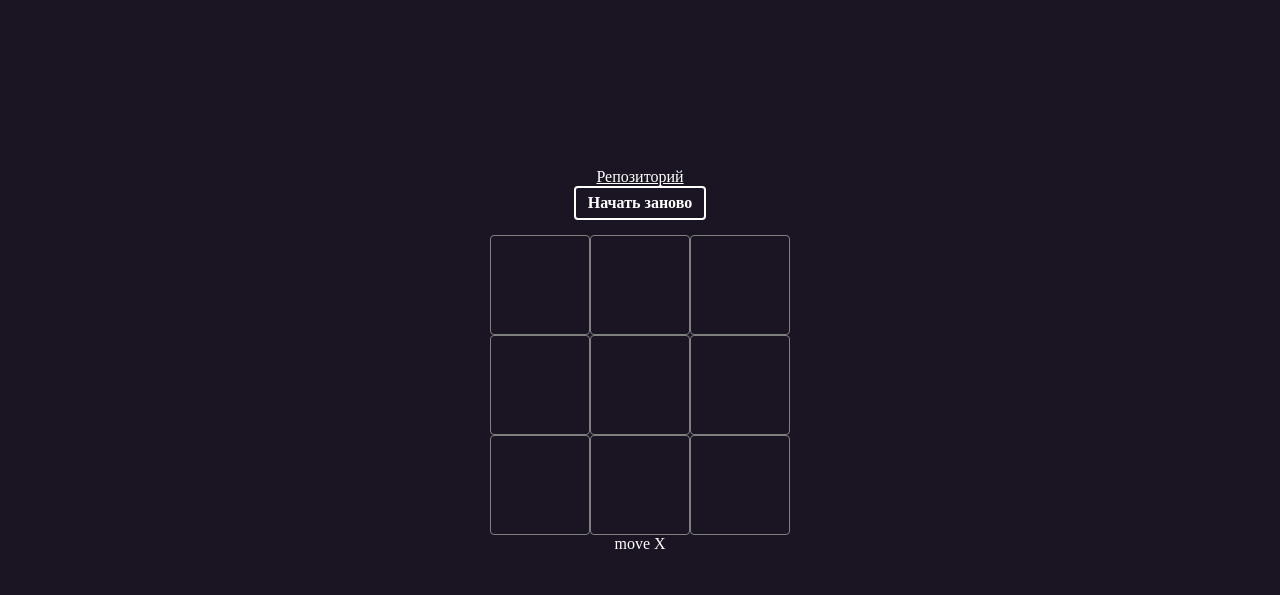
Repository: Minkeani/TIC-TAC_TOE
Page: /
These files come from the project's save history. The page is drawn as it stood at one moment and after the next save; the edit follows.
The browser window is 1280 px wide. The pictures show the whole page.
Some web fonts or font styles are not loaded; a fallback is used. The project was rebuilt for these pictures with package versions that can differ from the ones it lists, and the page was loaded fresh each time.

Above is the page before, as saved 2022-05-22 17:51:44.

After the next save:
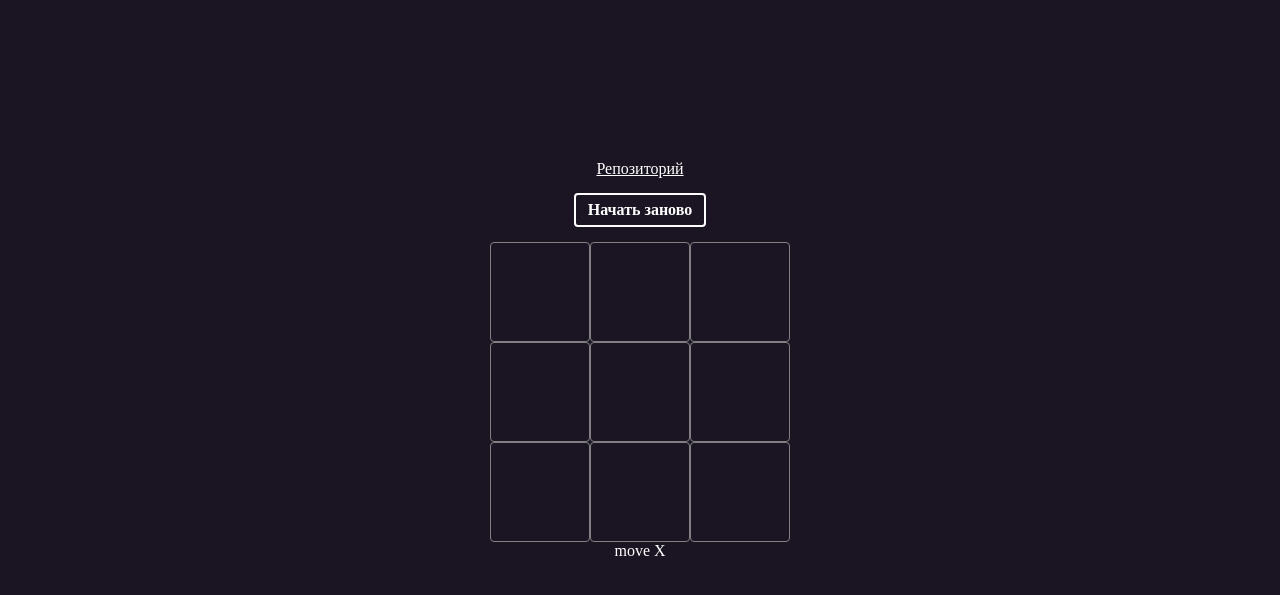
Saved 17 s later.
--- a/src/components/Game.css
+++ b/src/components/Game.css
@@ -25,5 +25,5 @@ button:hover {
 }
 
 .startNewGame {
-    margin-bottom: 15px;
+    margin: 15px;
 }
